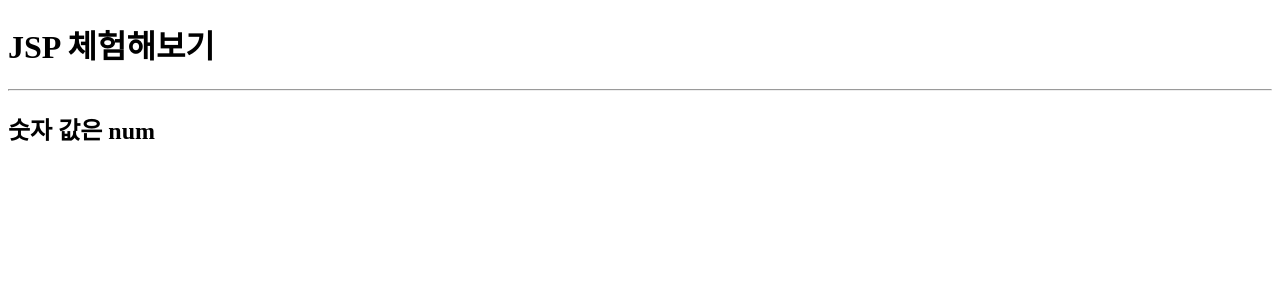
Repository: sunandjun/jspwork
Page: http://localhost/cos/
The author's editor kept a copy of each file at every save. The page is drawn from the files as they stood at one save, then again after the next save.
The browser window is 1280 px wide. The pictures show the whole page.
The page is served by Tomcat 9.

Above is the page before, as saved 2020-08-08 07:16:07.

After the next save:
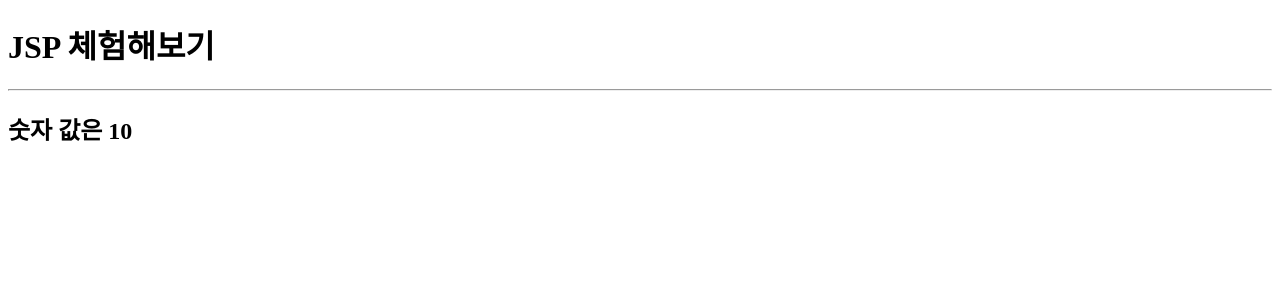
Saved 46 s later.
--- a/cos/WebContent/index.jsp
+++ b/cos/WebContent/index.jsp
@@ -13,6 +13,6 @@
 <%
 	int num = 10;
 %>
-<h2>숫자 값은 num</h2>
+<h2>숫자 값은 <%=num %></h2>
 </body>
 </html>
